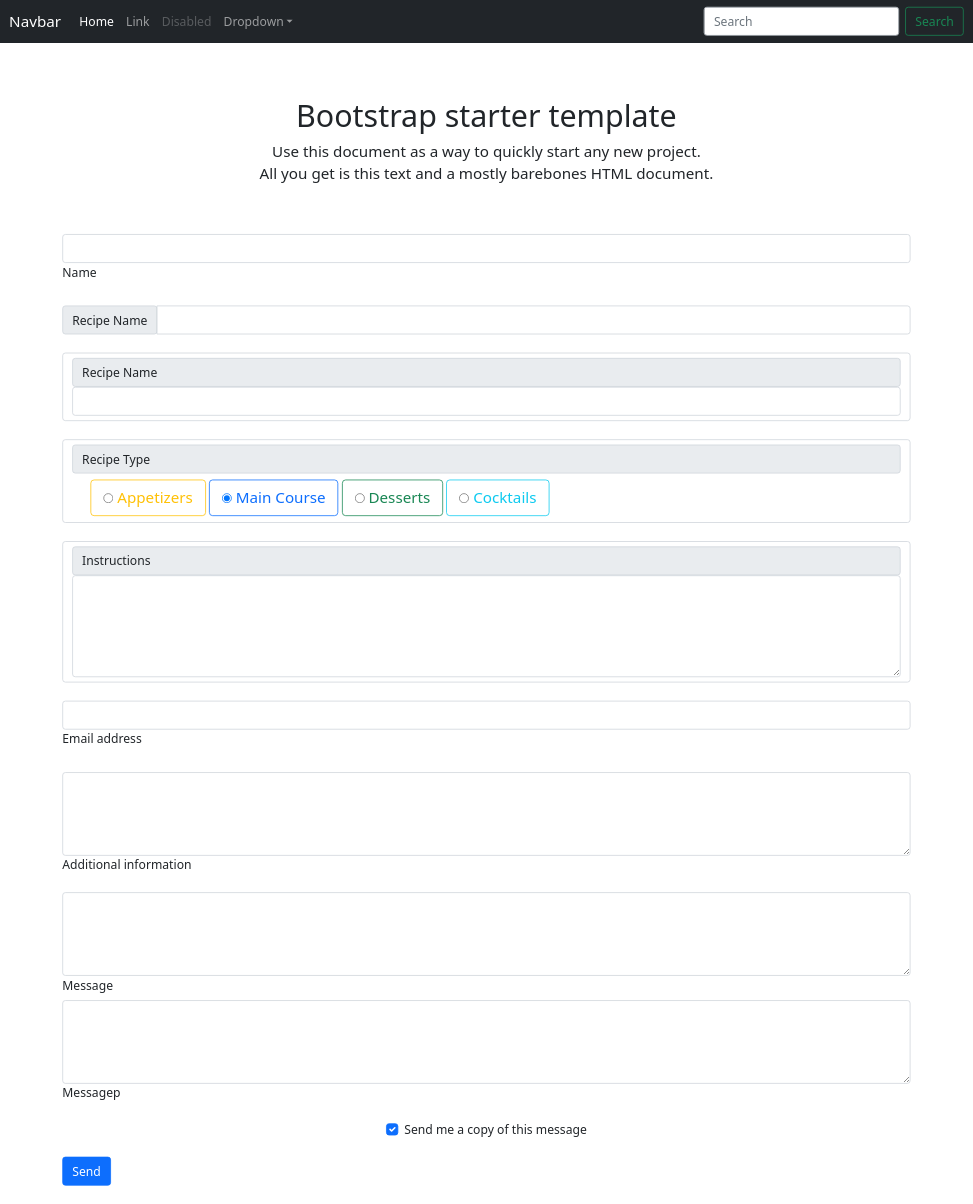
Repository: jerrywthompson/createRecipeWebpageHTML
Page: index.html
The author's editor kept a copy of each file at every save. The page is drawn from the files as they stood at one save, then again after the next save.
The browser window is 1280 px wide. The pictures show the whole page, at 76% of full size.

Above is the page before, as saved 2021-02-23 22:21:22.

### index.html
<!doctype html>
<html lang="en">
    <head>
        <meta charset="utf-8">
        <meta name="viewport" content="width=device-width, initial-scale=1">
        <meta name="description" content="">
        <meta name="author" content="Mark Otto, Jacob Thornton, and Bootstrap contributors">
        <meta name="generator" content="Hugo 0.80.0">
        <title>Starter Template · Bootstrap v5.0</title>

        <link rel="canonical" href="https://getbootstrap.com/docs/5.0/examples/starter-template/">



        <!-- Bootstrap core CSS -->
        <link href="../assets/dist/css/bootstrap.min.css" rel="stylesheet">

        <style>
            .bd-placeholder-img {
                font-size: 1.125rem;
                text-anchor: middle;
                -webkit-user-select: none;
                -moz-user-select: none;
                user-select: none;
            }

            @media (min-width: 768px) {
                .bd-placeholder-img-lg {
                    font-size: 3.5rem;
                }
            }
        </style>


        <!-- Custom styles for this template -->
        <link href="starter-template.css" rel="stylesheet">
    </head>
    <body>

        <nav class="navbar navbar-expand-md navbar-dark bg-dark fixed-top">
            <div class="container-fluid">
                <a class="navbar-brand" href="#">Navbar</a>
                <button class="navbar-toggler" type="button" data-bs-toggle="collapse" data-bs-target="#navbarsExampleDefault" aria-controls="navbarsExampleDefault" aria-expanded="false" aria-label="Toggle navigation">
                    <span class="navbar-toggler-icon"></span>
                </button>

                <div class="collapse navbar-collapse" id="navbarsExampleDefault">
                    <ul class="navbar-nav me-auto mb-2 mb-md-0">
                        <li class="nav-item">
                            <a class="nav-link active" aria-current="page" href="#">Home</a>
                        </li>
                        <li class="nav-item">
                            <a class="nav-link" href="#">Link</a>
                        </li>
                        <li class="nav-item">
                            <a class="nav-link disabled" href="#" tabindex="-1" aria-disabled="true">Disabled</a>
                        </li>
                        <li class="nav-item dropdown">
                            <a class="nav-link dropdown-toggle" href="#" id="dropdown01" data-bs-toggle="dropdown" aria-expanded="false">Dropdown</a>
                            <ul class="dropdown-menu" aria-labelledby="dropdown01">
                                <li><a class="dropdown-item" href="#">Action</a></li>
                                <li><a class="dropdown-item" href="#">Another action</a></li>
                                <li><a class="dropdown-item" href="#">Something else here</a></li>
                            </ul>
                        </li>
                    </ul>
                    <form class="d-flex">
                        <input class="form-control me-2" type="search" placeholder="Search" aria-label="Search">
                        <button class="btn btn-outline-success" type="submit">Search</button>
                    </form>
                </div>
            </div>
        </nav>



        <div class="starter-template text-center py-5 px-3">
            <h1>Bootstrap starter template</h1>
            <p class="lead">Use this document as a way to quickly start any new project.<br> All you get is this text and a mostly barebones HTML document.</p>
        </div>
        <main class="container">
            <div class="input-section">
                <fieldset class="form-group">

                    <form action="test.php" method="post">
                        <!-- Name input -->
                        <div class="form-outline mb-4">
                            <input type="text" name="recipeName" id="form4Example1" class="form-control" />
                            <label class="form-label" for="form4Example1">Name</label>
                        </div>

                        <div class="input-group mb-4">
                            <div class="input-group-prepend">
                                <span class="input-group-text" id="inputGroup-sizing-default">Recipe Name</span>
                            </div>
                            <input type="text" name="notes" class="form-control" aria-label="Default" aria-describedby="inputGroup-sizing-default">
                        </div>

                        <div class="form-control mb-4">
                            <div class="input-group-prepend">
                                <span class="input-group-text" id="inputGroup-sizing-default">Recipe Name</span>
                            </div>
                            <input type="text" name="notes" class="form-control" aria-label="Default" aria-describedby="inputGroup-sizing-default">
                        </div>

                        <div class="form-control mb-4">
                            <div class="input-group-prepend mb-2">
                                <span class="input-group-text" id="inputGroup-sizing-default">Recipe Type</span>
                            </div>
                            <div class="form-check">
                                <label class="btn btn-outline-warning btn-lg">
                                    <input type="radio" name="recipeType" id="appetizers" value="appetizers" autocomplete="off" > Appetizers
                                </label>
                                <label class="btn btn-outline-primary btn-lg">
                                    <input type="radio" name="recipeType" id="main_course" value="main_course" autocomplete="off" checked> Main Course
                                </label>
                                <label class="btn btn-outline-success btn-lg">
                                    <input type="radio" name="recipeType" id="desserts" value="desserts" autocomplete="off"> Desserts
                                </label>
                                <label class="btn btn-outline-info btn-lg">
                                    <input type="radio" name="recipeType" id="cocktails" value="cocktails" autocomplete="off"> Cocktails
                                </label>
                            </div>
                        </div>

                        <div class="form-control mb-4">
                            <div class="input-group-prepend">
                                <span class="input-group-text">Instructions</span>
                            </div>
                            <textarea class="form-control" name="instrucions" id="instrucions" rows="5"></textarea>
                        </div>

                        <!-- Email input -->
                        <div class="form-outline mb-4">
                            <input type="email" id="form4Example2" class="form-control" />
                            <label class="form-label" for="form4Example2">Email address</label>
                        </div>

                        <div class="form-outline mb-4">
                            <textarea class="form-control" id="form6Example7" rows="4"></textarea>
                            <label class="form-label-prepend" >Additional information</label>
                        </div>

                        <div class="form-outline">
                            <textarea class="form-control" id="textAreaExample" rows="4"></textarea>
                            <label class="form-label" for="textAreaExample">Message</label>
                          </div>

                        <!-- Message input -->
                        <div class="form-outline mb-4">
                            <textarea class="form-control" name="comments" id="form4Example3" rows="4"></textarea>
                            <label class="form-label-prepend" for="form4Example3">Messagep</label>
                        </div>

                        <!-- Checkbox -->
                        <div class="form-check d-flex justify-content-center mb-4">
                            <input
                                class="form-check-input me-2"
                                type="checkbox"
                                value=""
                                id="form4Example4"
                                checked
                                />
                            <label class="form-check-label" for="form4Example4">
                                Send me a copy of this message
                            </label>
                        </div>

                        <!-- Submit button -->
                        <button type="submit" class="btn btn-primary btn-block mb-4">Send</button>
                    </form>






                    <script src="../assets/dist/js/bootstrap.bundle.min.js"></script>


                    </body>
                    </html>
                    <a href="../flask_db4/flaskblog/templates/create_post.html"></a>

Loaded but not shown: assets/dist/css/bootstrap.min.css (library); starter-template.css (common file); assets/dist/js/bootstrap.bundle.min.js (library)

After the next save:
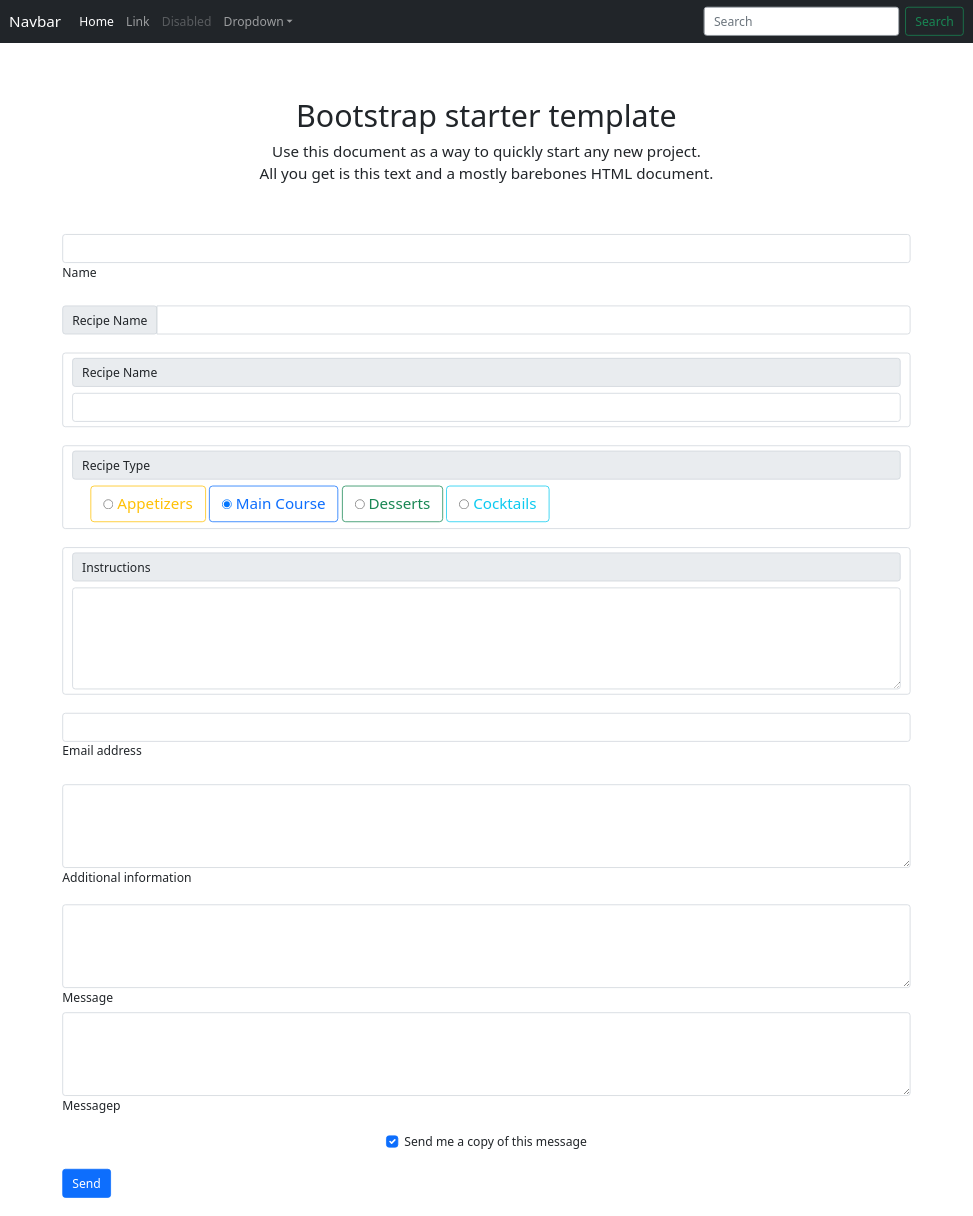
Saved 38 s later.
--- a/index.html
+++ b/index.html
@@ -97,7 +97,7 @@
                         </div>
 
                         <div class="form-control mb-4">
-                            <div class="input-group-prepend">
+                            <div class="input-group-prepend mb-2">
                                 <span class="input-group-text" id="inputGroup-sizing-default">Recipe Name</span>
                             </div>
                             <input type="text" name="notes" class="form-control" aria-label="Default" aria-describedby="inputGroup-sizing-default">
@@ -124,7 +124,7 @@
                         </div>
 
                         <div class="form-control mb-4">
-                            <div class="input-group-prepend">
+                            <div class="input-group-prepend mb-2">
                                 <span class="input-group-text">Instructions</span>
                             </div>
                             <textarea class="form-control" name="instrucions" id="instrucions" rows="5"></textarea>
